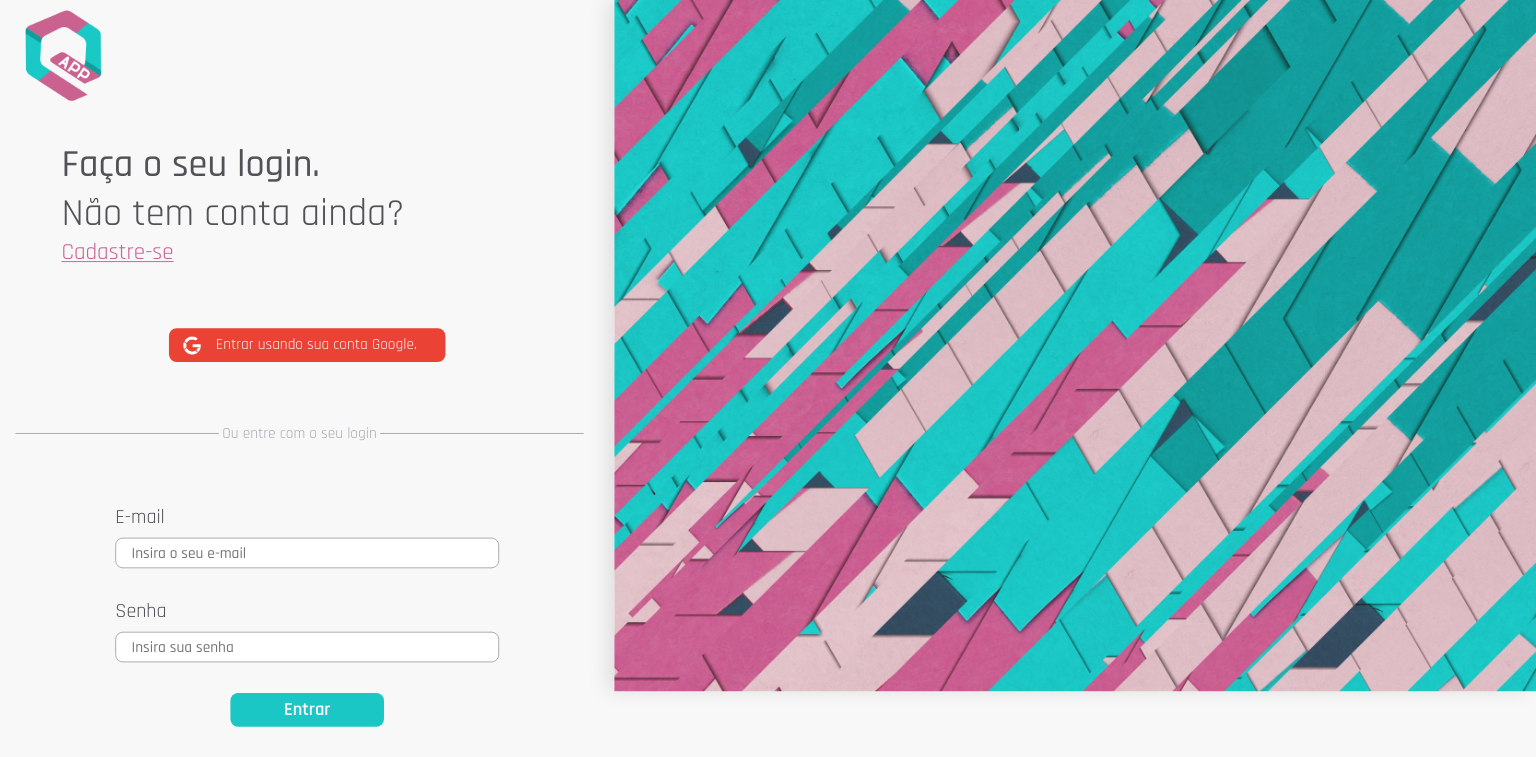
Repository: kika-cavalher/qapp-web
Page: /
These files come from the project's save history. The page is drawn as it stood at one moment and after the next save; the edit follows.
The browser window is 1280 px wide. The page is 1600 px wide, so the pictures cover 1600 px, including what lies to the right of the window. The pictures show the whole page, at 96% of full size.
The page's requests for data from a server got no answer. The project was rebuilt for these pictures with package versions that can differ from the ones it lists, and the page was loaded fresh each time. No one was signed in, and anything a server would have sent is missing. Also part of the build but not shown: src/pages/Register.tsx.

Above is the page before, as saved 2022-02-28 16:37:02.

After the next save:
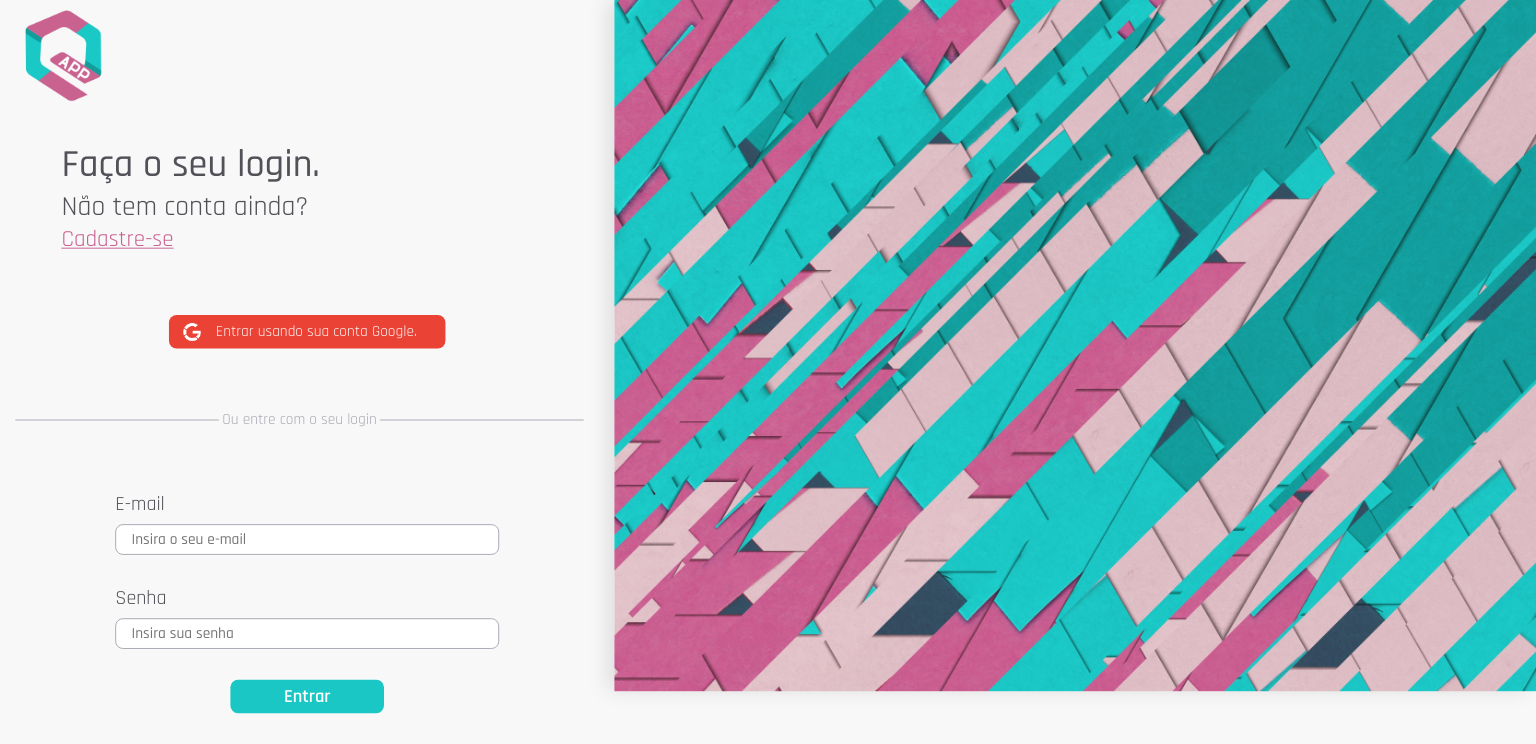
Saved 58 s later.
--- a/src/styles/pages/login.scss
+++ b/src/styles/pages/login.scss
@@ -77,7 +77,7 @@ main{
         }
 
         @include notebook {
-            font-size: 2.5rem;
+            font-size: 1.8rem;
         }
 
         @include tablet {
